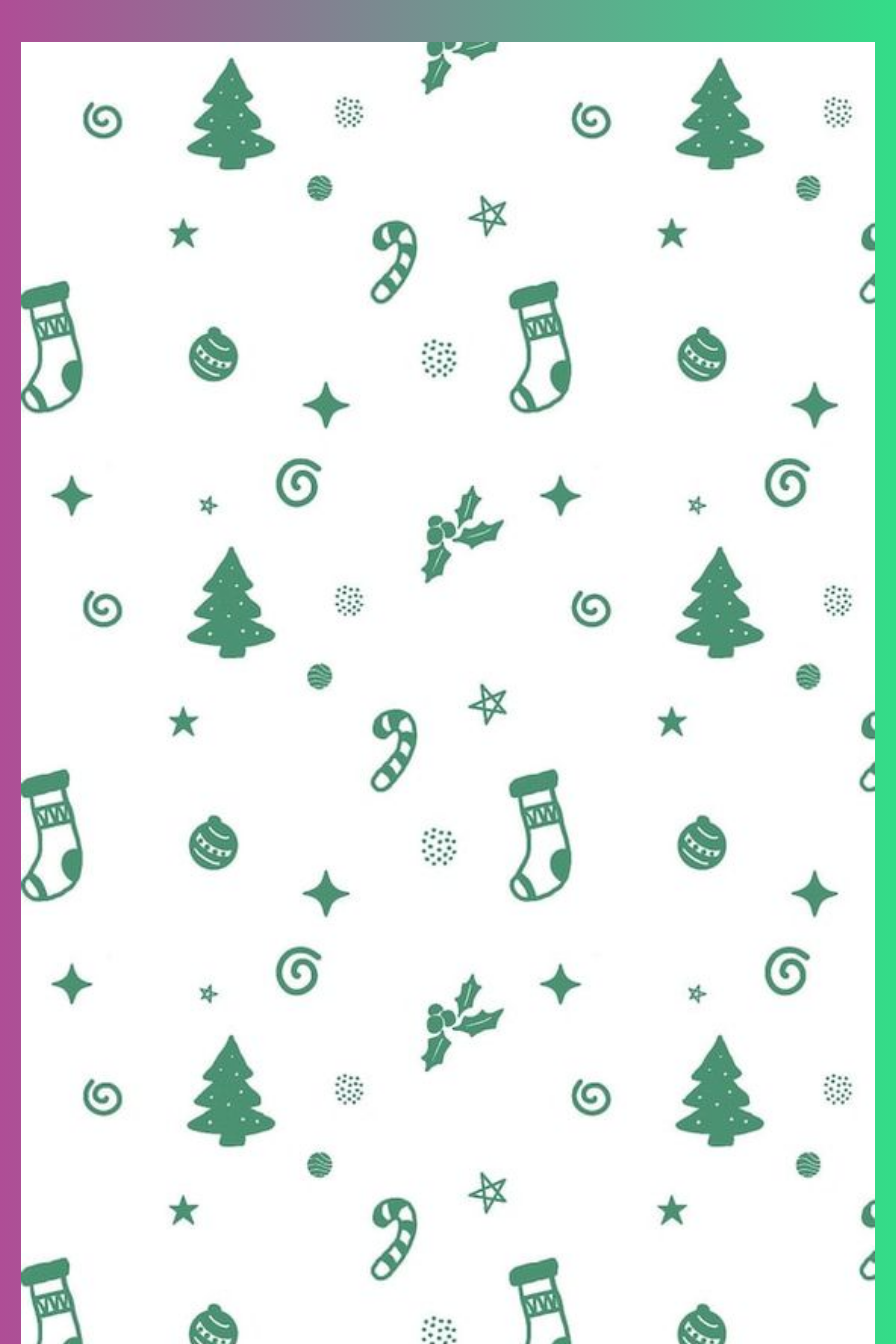
Repository: lausamtuong/profileCard
Page: index.html
An editor plug-in stored every save of this project. The page is shown before and after a run of saves, followed by the edit.
The browser window is 1280 px wide. The pictures show the part of the page from y = 0 to 1920 px (the page is 3741 px tall before and 5598 px after), at 70% of full size.
The style sheet was rebuilt from its Sass, Less or Tailwind sources for each picture, by a compiler version that may differ from the author's.

Above is the page before, as saved 2021-12-14 18:14:46.

After the next 2 saves:
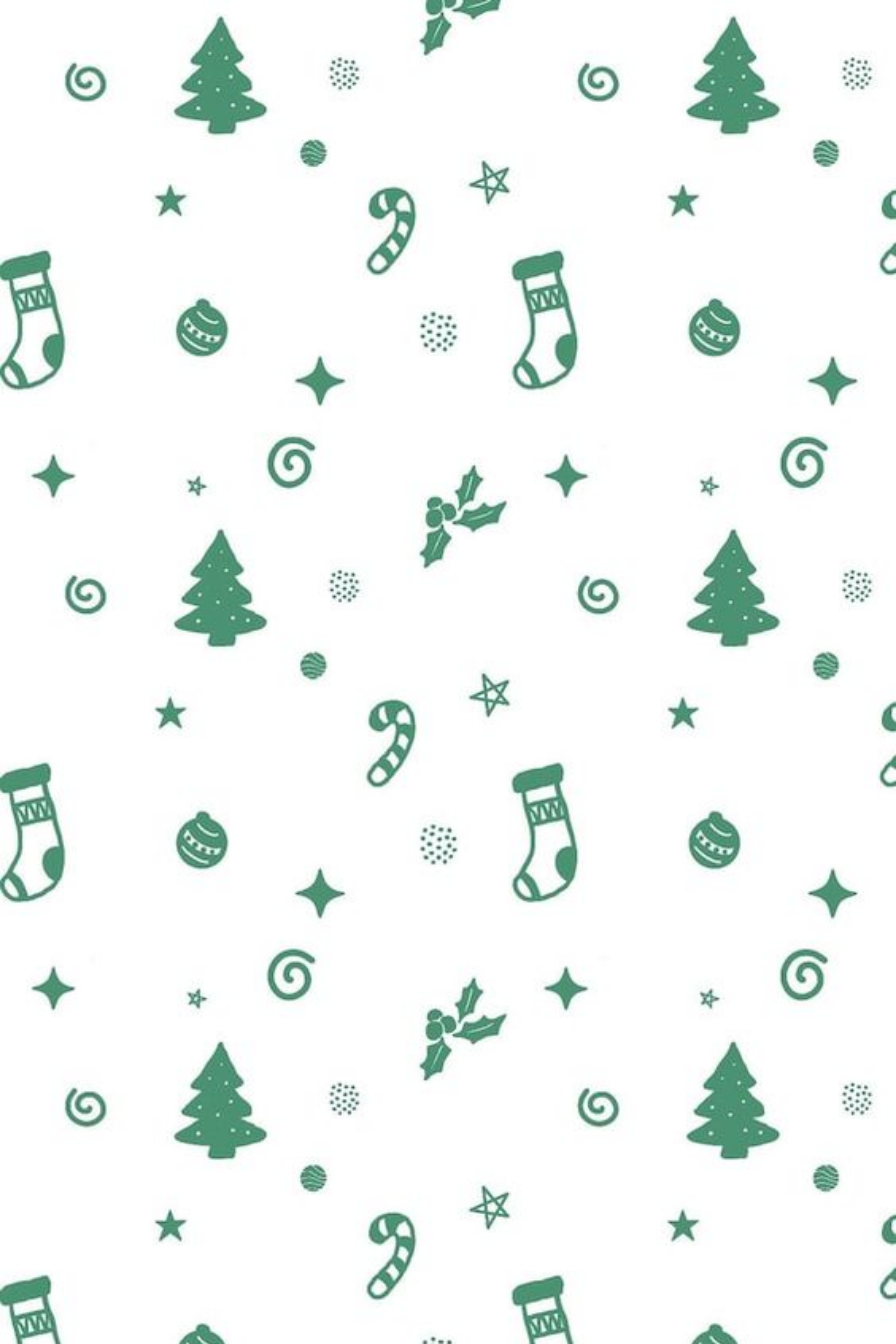
The 2 saves are shown as one change because they came seconds apart.
The last was saved 21 s later.
--- a/style.scss
+++ b/style.scss
@@ -14,6 +14,7 @@
     background-image: linear-gradient(to right, #af4d96, #3d8);
 }
 .card{
+    z-i
     &__list{
         margin: 120px auto;
       display: flex;

After the 2 saves that followed:
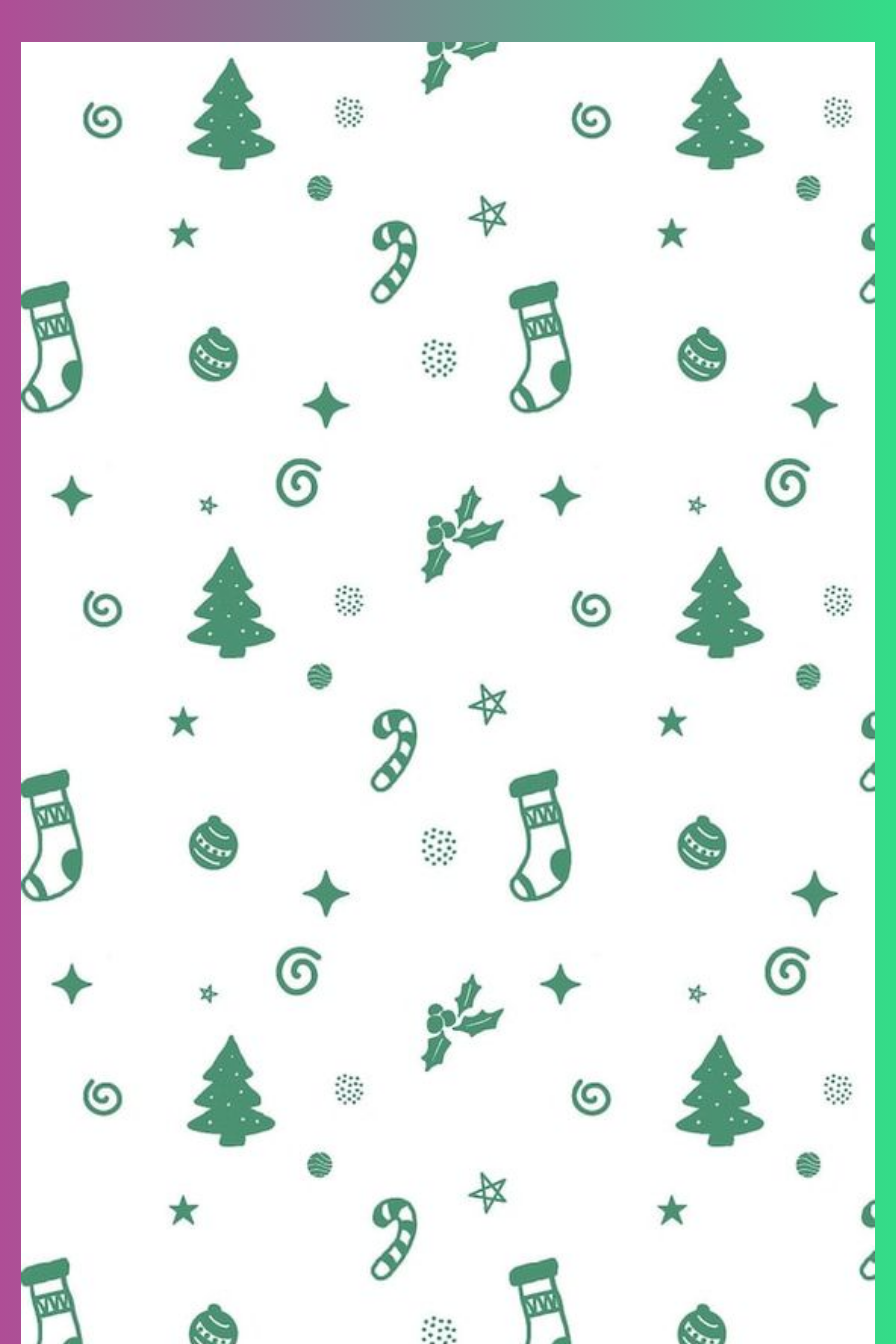
The 2 saves are shown as one change because they came seconds apart.
The last was saved 9 s later.
--- a/style.scss
+++ b/style.scss
@@ -14,7 +14,7 @@
     background-image: linear-gradient(to right, #af4d96, #3d8);
 }
 .card{
-    z-i
+
     &__list{
         margin: 120px auto;
       display: flex;
